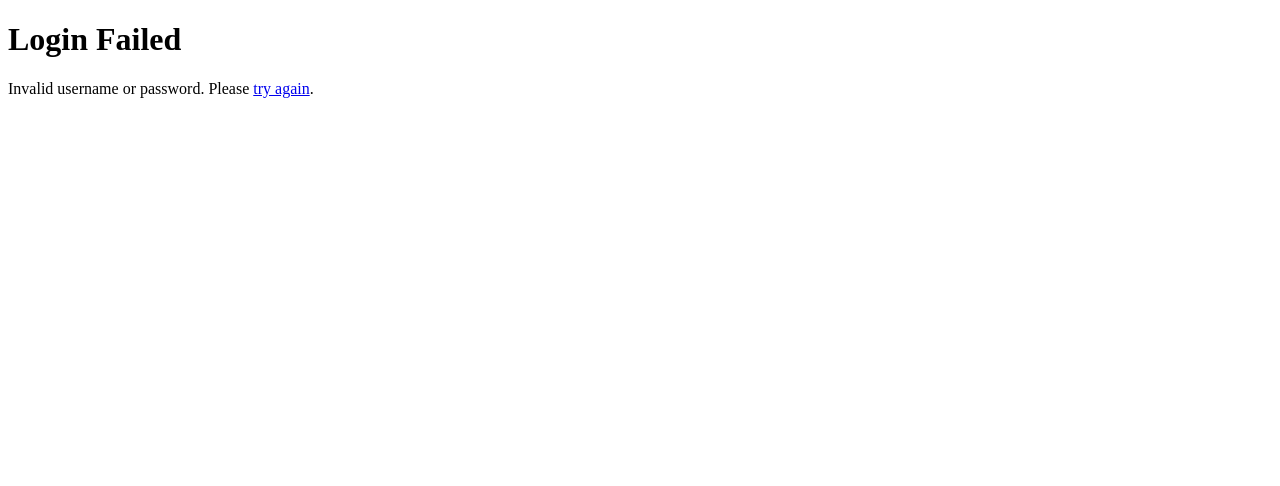
Repository: Trailblazer-dev/Academic-Trip-Booking-System
Page: http://localhost/AcademicTripSystem/loginError.jsp
These files come from the project's save history. The page is drawn as it stood at one moment and after the next save; the edit follows.
The browser window is 1280 px wide. The pictures show the whole page.
Some web libraries are served in a nearby version. The page is served by Tomcat 9. Other server files are loaded and not shown.

Above is the page before, as saved 2025-02-26 07:27:23.

### AcademicTripSystem/src/main/webapp/loginError.jsp
<%@ page language="java" contentType="text/html; charset=UTF-8" pageEncoding="UTF-8"%>
<!DOCTYPE html>
<html>
<head>
    <title>Login Error</title>
</head>
<body>
    <h1>Login Failed</h1>
    <p>Invalid username or password. Please <a href="login.jsp">try again</a>.</p>
</body>
</html>

After the next save:
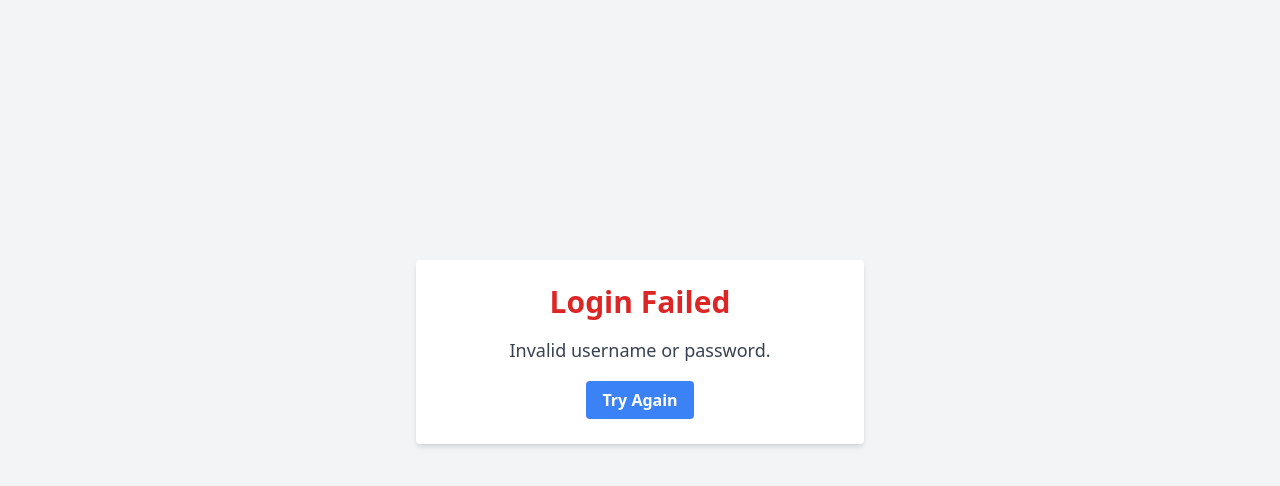
Saved 2 min 57 s later.
--- a/AcademicTripSystem/src/main/webapp/loginError.jsp
+++ b/AcademicTripSystem/src/main/webapp/loginError.jsp
@@ -3,9 +3,17 @@
 <html>
 <head>
     <title>Login Error</title>
+    <script src="https://cdn.tailwindcss.com"></script>
 </head>
-<body>
-    <h1>Login Failed</h1>
-    <p>Invalid username or password. Please <a href="login.jsp">try again</a>.</p>
+<body class="bg-gray-100 flex items-center justify-center h-screen">
+    <div class="bg-white shadow-md rounded px-8 pt-6 pb-8 mb-4 w-full max-w-md text-center">
+        <h1 class="text-red-600 text-3xl font-bold mb-4">Login Failed</h1>
+        <p class="text-gray-700 text-lg mb-6">
+            Invalid username or password.
+        </p>
+        <a href="login.jsp" class="bg-blue-500 hover:bg-blue-700 text-white font-bold py-2 px-4 rounded focus:outline-none focus:shadow-outline">
+            Try Again
+        </a>
+    </div>
 </body>
 </html>
